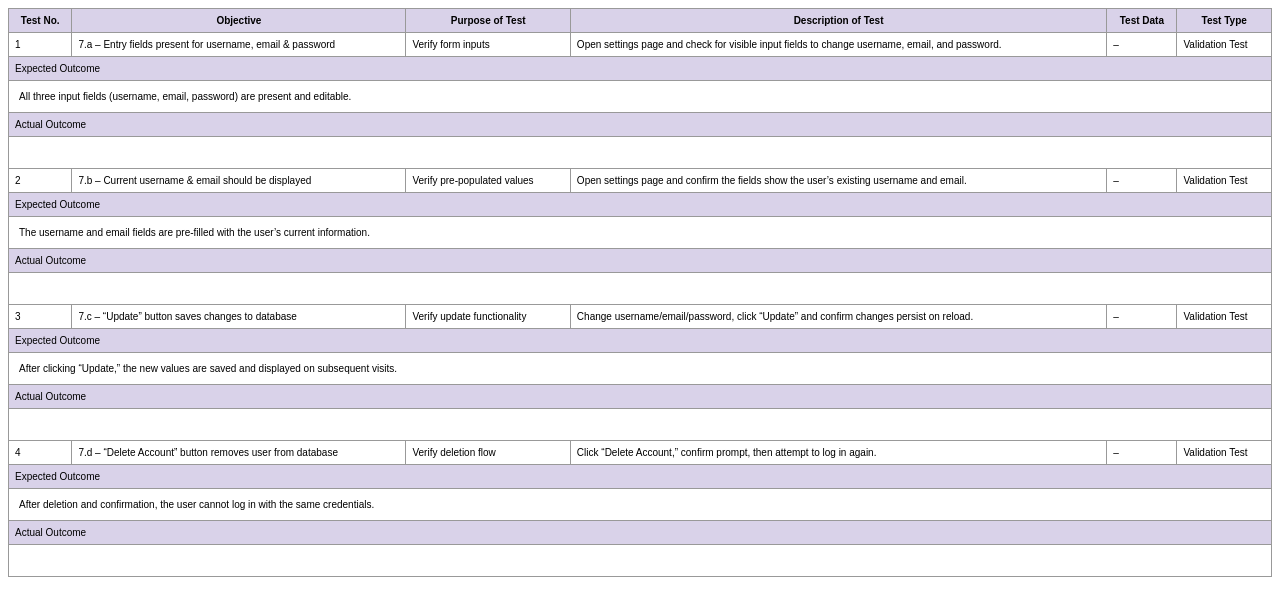
Repository: KetchupEater24/CS-NEA
Page: lol.html
These files come from the project's save history. The page is drawn as it stood at one moment and after the next save; the edit follows.
The browser window is 1280 px wide. The pictures show the whole page.

Above is the page before, as saved 2025-04-25 21:04:01.

After the next save:
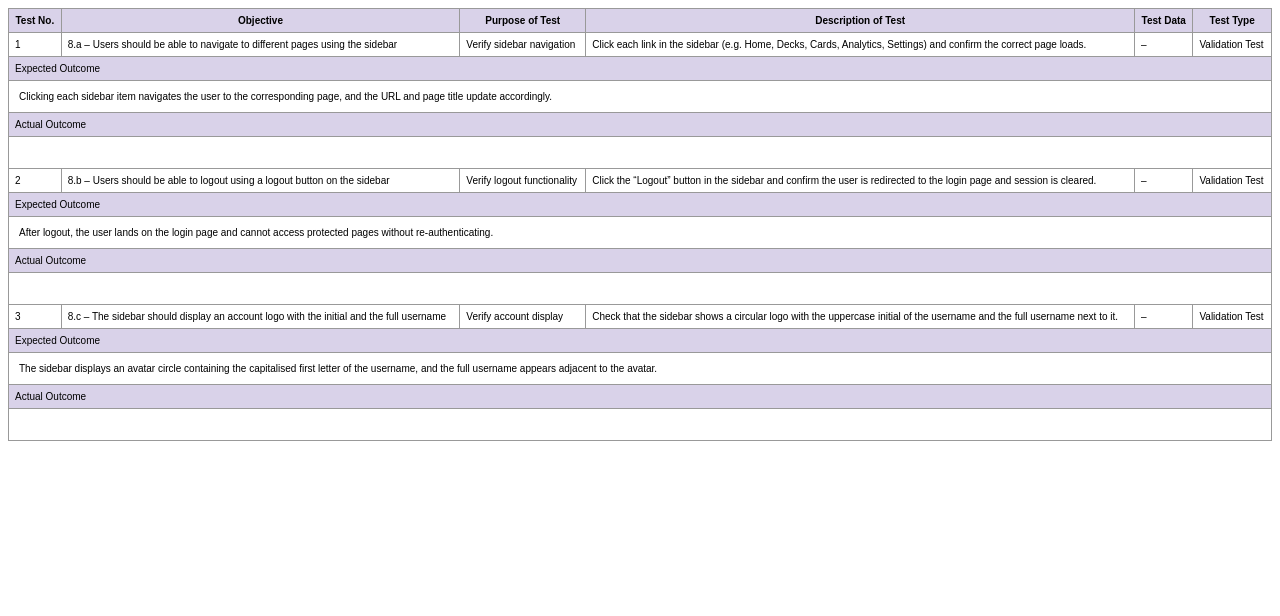
Saved 99 min 42 s later.
--- a/lol.html
+++ b/lol.html
@@ -13,10 +13,10 @@
       <!-- Test 1 -->
       <tr>
         <td style="border: 1px solid #999; padding: 6px;">1</td>
-        <td style="border: 1px solid #999; padding: 6px;">7.a – Entry fields present for username, email & password</td>
-        <td style="border: 1px solid #999; padding: 6px;">Verify form inputs</td>
+        <td style="border: 1px solid #999; padding: 6px;">8.a – Users should be able to navigate to different pages using the sidebar</td>
+        <td style="border: 1px solid #999; padding: 6px;">Verify sidebar navigation</td>
         <td style="border: 1px solid #999; padding: 6px;">
-          Open settings page and check for visible input fields to change username, email, and password.
+          Click each link in the sidebar (e.g. Home, Decks, Cards, Analytics, Settings) and confirm the correct page loads.
         </td>
         <td style="border: 1px solid #999; padding: 6px;">–</td>
         <td style="border: 1px solid #999; padding: 6px;">Validation Test</td>
@@ -28,7 +28,7 @@
       </tr>
       <tr>
         <td colspan="6" style="border: 1px solid #999; padding: 10px;">
-          All three input fields (username, email, password) are present and editable.
+          Clicking each sidebar item navigates the user to the corresponding page, and the URL and page title update accordingly.
         </td>
       </tr>
       <tr>
@@ -43,10 +43,10 @@
       <!-- Test 2 -->
       <tr>
         <td style="border: 1px solid #999; padding: 6px;">2</td>
-        <td style="border: 1px solid #999; padding: 6px;">7.b – Current username & email should be displayed</td>
-        <td style="border: 1px solid #999; padding: 6px;">Verify pre-populated values</td>
+        <td style="border: 1px solid #999; padding: 6px;">8.b – Users should be able to logout using a logout button on the sidebar</td>
+        <td style="border: 1px solid #999; padding: 6px;">Verify logout functionality</td>
         <td style="border: 1px solid #999; padding: 6px;">
-          Open settings page and confirm the fields show the user’s existing username and email.
+          Click the “Logout” button in the sidebar and confirm the user is redirected to the login page and session is cleared.
         </td>
         <td style="border: 1px solid #999; padding: 6px;">–</td>
         <td style="border: 1px solid #999; padding: 6px;">Validation Test</td>
@@ -58,7 +58,7 @@
       </tr>
       <tr>
         <td colspan="6" style="border: 1px solid #999; padding: 10px;">
-          The username and email fields are pre-filled with the user’s current information.
+          After logout, the user lands on the login page and cannot access protected pages without re-authenticating.
         </td>
       </tr>
       <tr>
@@ -73,10 +73,10 @@
       <!-- Test 3 -->
       <tr>
         <td style="border: 1px solid #999; padding: 6px;">3</td>
-        <td style="border: 1px solid #999; padding: 6px;">7.c – “Update” button saves changes to database</td>
-        <td style="border: 1px solid #999; padding: 6px;">Verify update functionality</td>
+        <td style="border: 1px solid #999; padding: 6px;">8.c – The sidebar should display an account logo with the initial and the full username</td>
+        <td style="border: 1px solid #999; padding: 6px;">Verify account display</td>
         <td style="border: 1px solid #999; padding: 6px;">
-          Change username/email/password, click “Update” and confirm changes persist on reload.
+          Check that the sidebar shows a circular logo with the uppercase initial of the username and the full username next to it.
         </td>
         <td style="border: 1px solid #999; padding: 6px;">–</td>
         <td style="border: 1px solid #999; padding: 6px;">Validation Test</td>
@@ -88,37 +88,7 @@
       </tr>
       <tr>
         <td colspan="6" style="border: 1px solid #999; padding: 10px;">
-          After clicking “Update,” the new values are saved and displayed on subsequent visits.
-        </td>
-      </tr>
-      <tr>
-        <td colspan="6" style="border: 1px solid #999; padding: 6px; background-color: #d9d2e9;">
-          Actual Outcome
-        </td>
-      </tr>
-      <tr>
-        <td colspan="6" style="border: 1px solid #999; padding: 10px;">&nbsp;</td>
-      </tr>
-
-      <!-- Test 4 -->
-      <tr>
-        <td style="border: 1px solid #999; padding: 6px;">4</td>
-        <td style="border: 1px solid #999; padding: 6px;">7.d – “Delete Account” button removes user from database</td>
-        <td style="border: 1px solid #999; padding: 6px;">Verify deletion flow</td>
-        <td style="border: 1px solid #999; padding: 6px;">
-          Click “Delete Account,” confirm prompt, then attempt to log in again.
-        </td>
-        <td style="border: 1px solid #999; padding: 6px;">–</td>
-        <td style="border: 1px solid #999; padding: 6px;">Validation Test</td>
-      </tr>
-      <tr>
-        <td colspan="6" style="border: 1px solid #999; padding: 6px; background-color: #d9d2e9;">
-          Expected Outcome
-        </td>
-      </tr>
-      <tr>
-        <td colspan="6" style="border: 1px solid #999; padding: 10px;">
-          After deletion and confirmation, the user cannot log in with the same credentials.
+          The sidebar displays an avatar circle containing the capitalised first letter of the username, and the full username appears adjacent to the avatar.
         </td>
       </tr>
       <tr>
